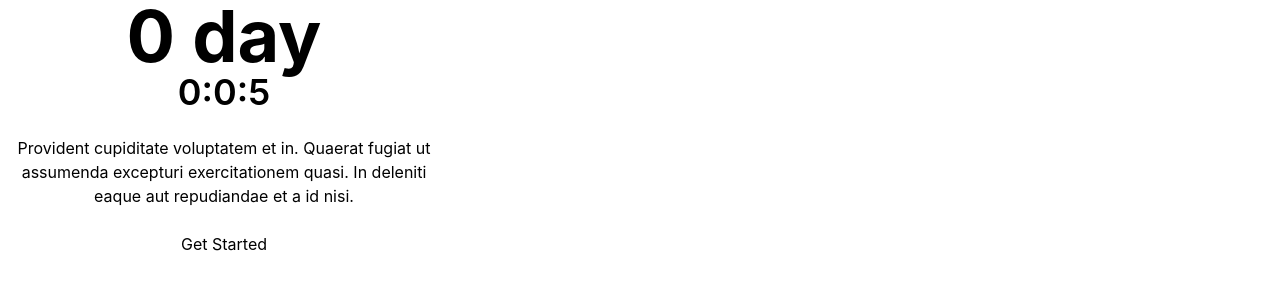
Repository: RahmanRakib9/TwentyOne
Page: /
These files come from the project's save history. The page is drawn as it stood at one moment and after the next save; the edit follows.
The browser window is 1280 px wide. The pictures show the whole page.
The project was rebuilt for these pictures with package versions that can differ from the ones it lists, and the page was loaded fresh each time.

Above is the page before, as saved 2022-10-13 17:46:04.

### src/index.css
/* tailwind css directives */
@tailwind base;
@tailwind components;
@tailwind utilities;

body {
  margin: 0;
  font-family: -apple-system, BlinkMacSystemFont, 'Segoe UI', 'Roboto', 'Oxygen',
    'Ubuntu', 'Cantarell', 'Fira Sans', 'Droid Sans', 'Helvetica Neue',
    sans-serif;
  -webkit-font-smoothing: antialiased;
  -moz-osx-font-smoothing: grayscale;
}

code {
  font-family: source-code-pro, Menlo, Monaco, Consolas, 'Courier New',
    monospace;
}

### src/App.js
import React from 'react';
import Timer from './components/Timer';
import './App.css'

const App = () => {
  return (
    <div className='App'>
      <Timer></Timer>
    </div>
  );
};

export default App;

### src/components/Timer.js
import React from "react";
import useCountdown from "../hooks/useCountdown";

const Timer = () => {
  const [second, minute, hour, day] = useCountdown();
  return (
    <div class="hero min-h-screen bg-base-200">
      <div class="hero-content text-center">
        <div class="max-w-md">
          <h1 class="text-7xl font-bold">{day} day</h1>
          <h3 className="text-4xl font-semibold">
            {hour}:{minute}:{second}
          </h3>
          <p class="py-6">
            Provident cupiditate voluptatem et in. Quaerat fugiat ut assumenda
            excepturi exercitationem quasi. In deleniti eaque aut repudiandae et
            a id nisi.
          </p>
          <button class="btn btn-primary">Get Started</button>
        </div>
      </div>
    </div>
  );
};

export default Timer;

### src/hooks/useCountdown.js
/* eslint-disable react-hooks/exhaustive-deps */
import React, { useEffect, useState } from "react";

const useCountdown = () => {
  // state declaration for updating second, minute, and an hour respectively
  const [second, setSecond] = useState(0);
  const [minute, setMinute] = useState(0);
  const [hour, setHour] = useState(0);
  const [day, setDay] = useState(0);

  let timer;
  useEffect(() => {
    timer = setInterval(() => {
      setSecond(second + 1);

      if (second === 59) {
        setMinute(minute + 1);
        setSecond(0);
      }

      if (minute === 59) {
        setHour(hour + 1);
        setMinute(0);
      }

      if (hour === 23 && minute === 59) {
        setDay(day + 1);
        setHour(0);
        setMinute(0);
      }



    }, 1000);

    return () => clearInterval(timer);
  });
  return [second, minute, hour,day];
};

export default useCountdown;

### tailwind.config.js
/** @type {import('tailwindcss').Config} */
module.exports = {
  content: ["./src/**/*.{html,js}"],
  daisyui: {
    themes: [],
  },
  plugins: [require("daisyui")],
};

Loaded but not shown: public/index.html (common file); src/index.js (common file); src/reportWebVitals.js (common file); src/App.css (common file)

After the next save:
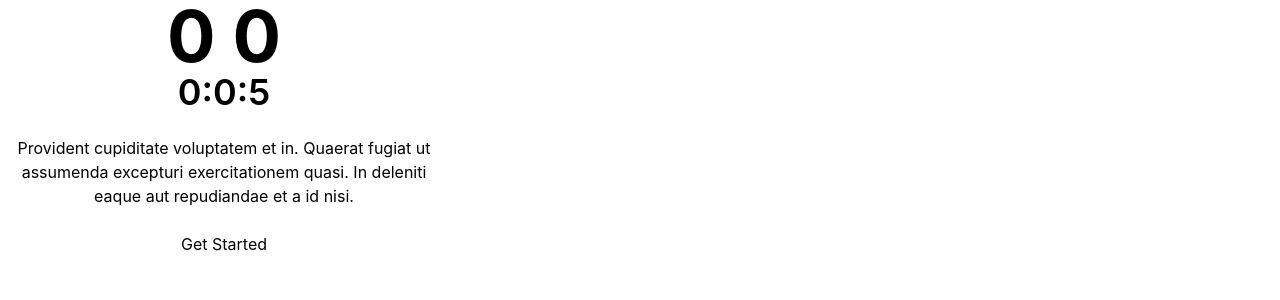
Saved 34 s later.
--- a/src/components/Timer.js
+++ b/src/components/Timer.js
@@ -7,7 +7,7 @@
     <div class="hero min-h-screen bg-base-200">
       <div class="hero-content text-center">
         <div class="max-w-md">
-          <h1 class="text-7xl font-bold">{day} day</h1>
+          <h1 class="text-7xl font-bold">{day} {day}</h1>
           <h3 className="text-4xl font-semibold">
             {hour}:{minute}:{second}
           </h3>

After the save that followed:
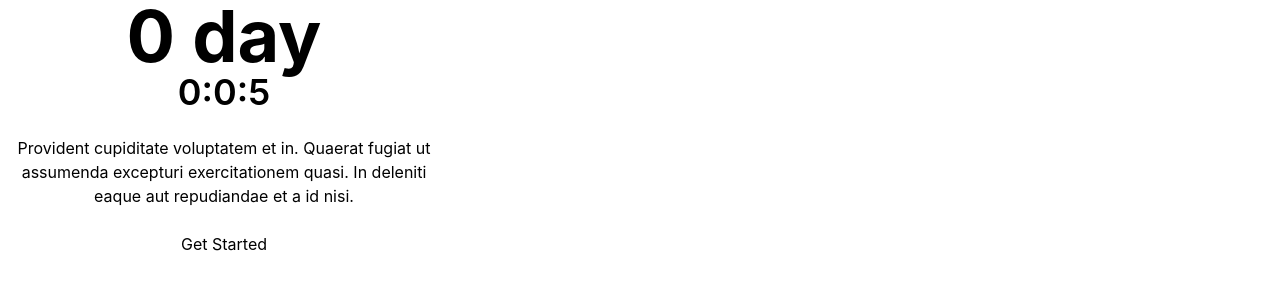
Saved 5 s later.
--- a/src/components/Timer.js
+++ b/src/components/Timer.js
@@ -7,7 +7,7 @@
     <div class="hero min-h-screen bg-base-200">
       <div class="hero-content text-center">
         <div class="max-w-md">
-          <h1 class="text-7xl font-bold">{day} {day}</h1>
+          <h1 class="text-7xl font-bold">{day} {'day'}</h1>
           <h3 className="text-4xl font-semibold">
             {hour}:{minute}:{second}
           </h3>
